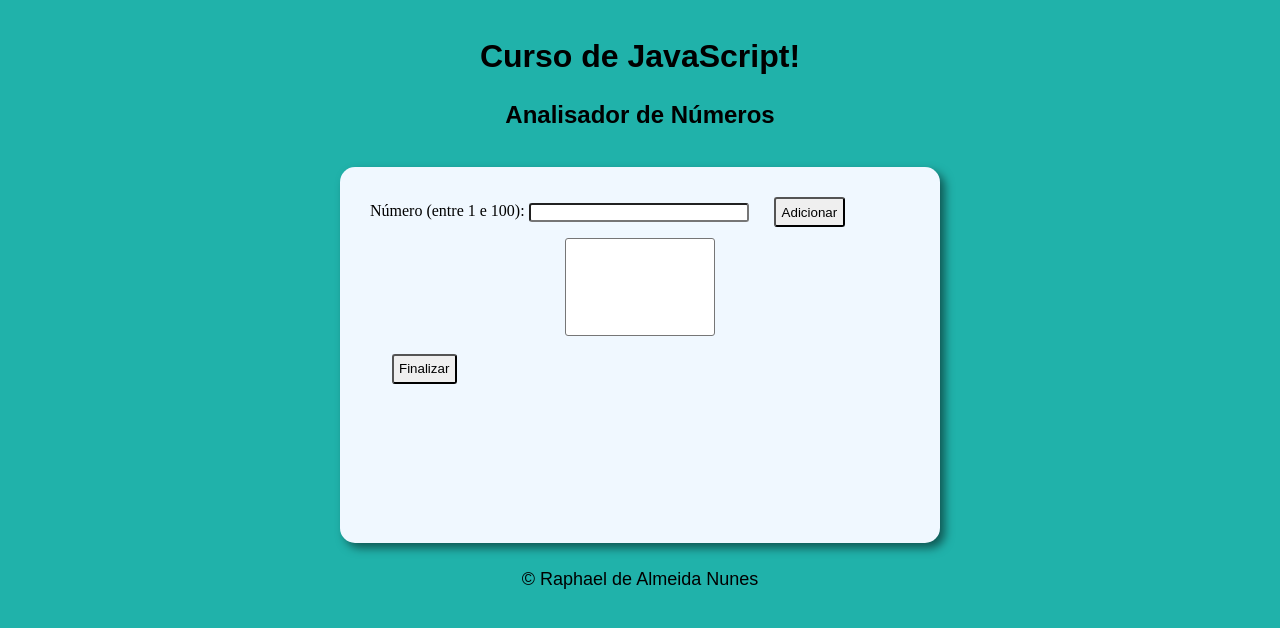
Repository: raphaanunes/codigos
Page: Cursos JavaScript/exercício/analisador de números/analisador.html
These files come from the project's save history. The page is drawn as it stood at one moment and after the next save; the edit follows.
The browser window is 1280 px wide. The pictures show the whole page.

Above is the page before, as saved 2024-08-11 14:25:46.

After the next save:
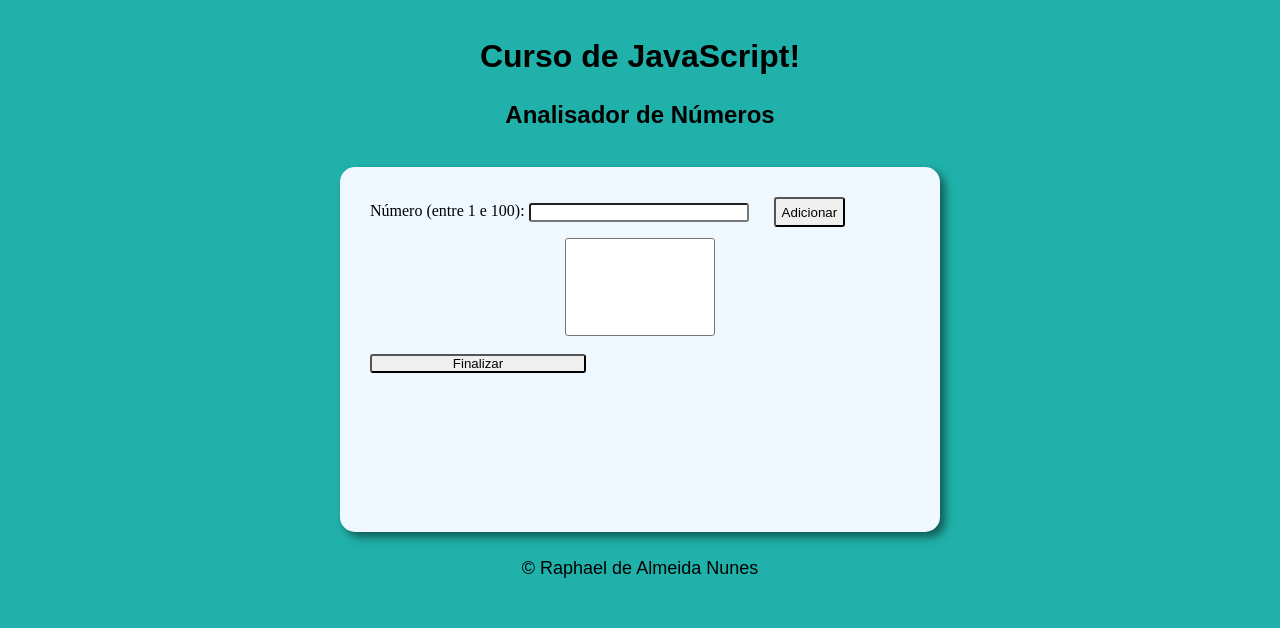
Saved 25 s later.
--- a/Cursos JavaScript/exercício/analisador de números/analisador.html
+++ b/Cursos JavaScript/exercício/analisador de números/analisador.html
@@ -24,7 +24,7 @@
             <input type="number" name="fnum" id="fnum">
             <input type="button" id="botao" value="Adicionar" onclick="adicionar()">
             <br><select name="flista" id="flista" size="6"></select>
-            <br><input type="button" id="botao" value="Finalizar">
+            <br><input type="button" id="botfim" value="Finalizar">
 
         </div>
         <div id="res">

After the 2 saves that followed:
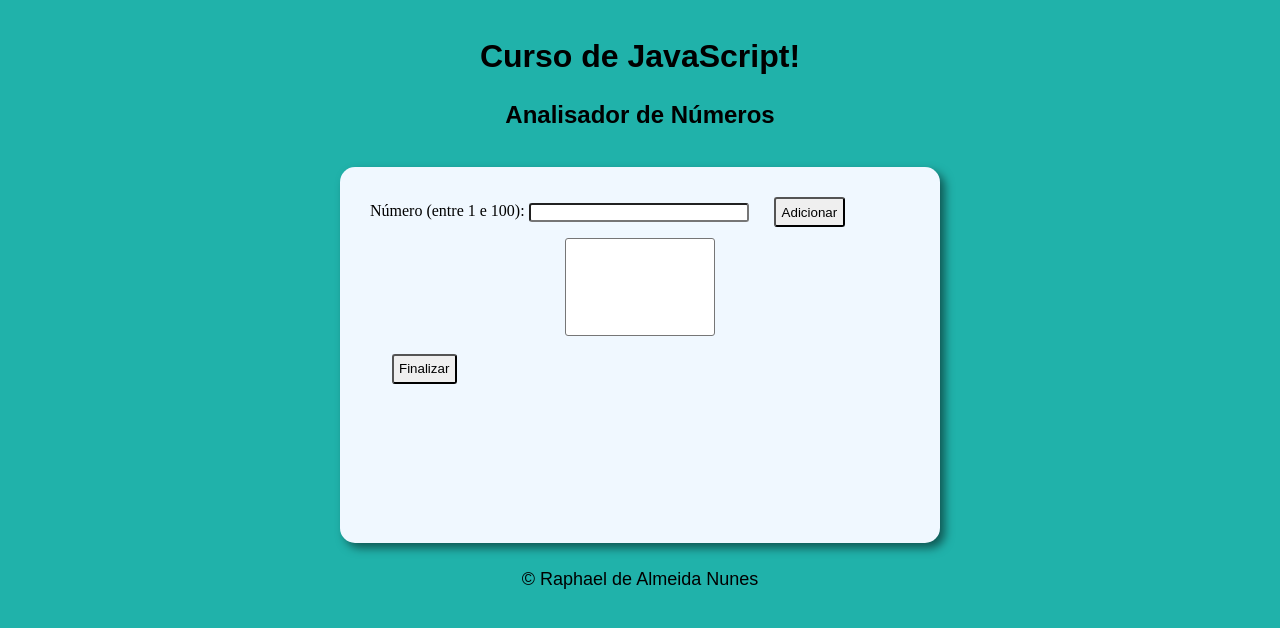
The 2 saves are shown as one change because 1 left the picture as it was.
The last was saved 21 s later.
--- a/Cursos JavaScript/exercício/analisador de números/analisador.css
+++ b/Cursos JavaScript/exercício/analisador de números/analisador.css
@@ -92,3 +92,10 @@ select#flista{
     margin-top: 1%;
     border-radius: 3px;
 }
+
+input#botfim{
+    padding: 1%;
+    width:fit-content;
+    margin-left: 4%;
+    border-radius: 3px;
+}
